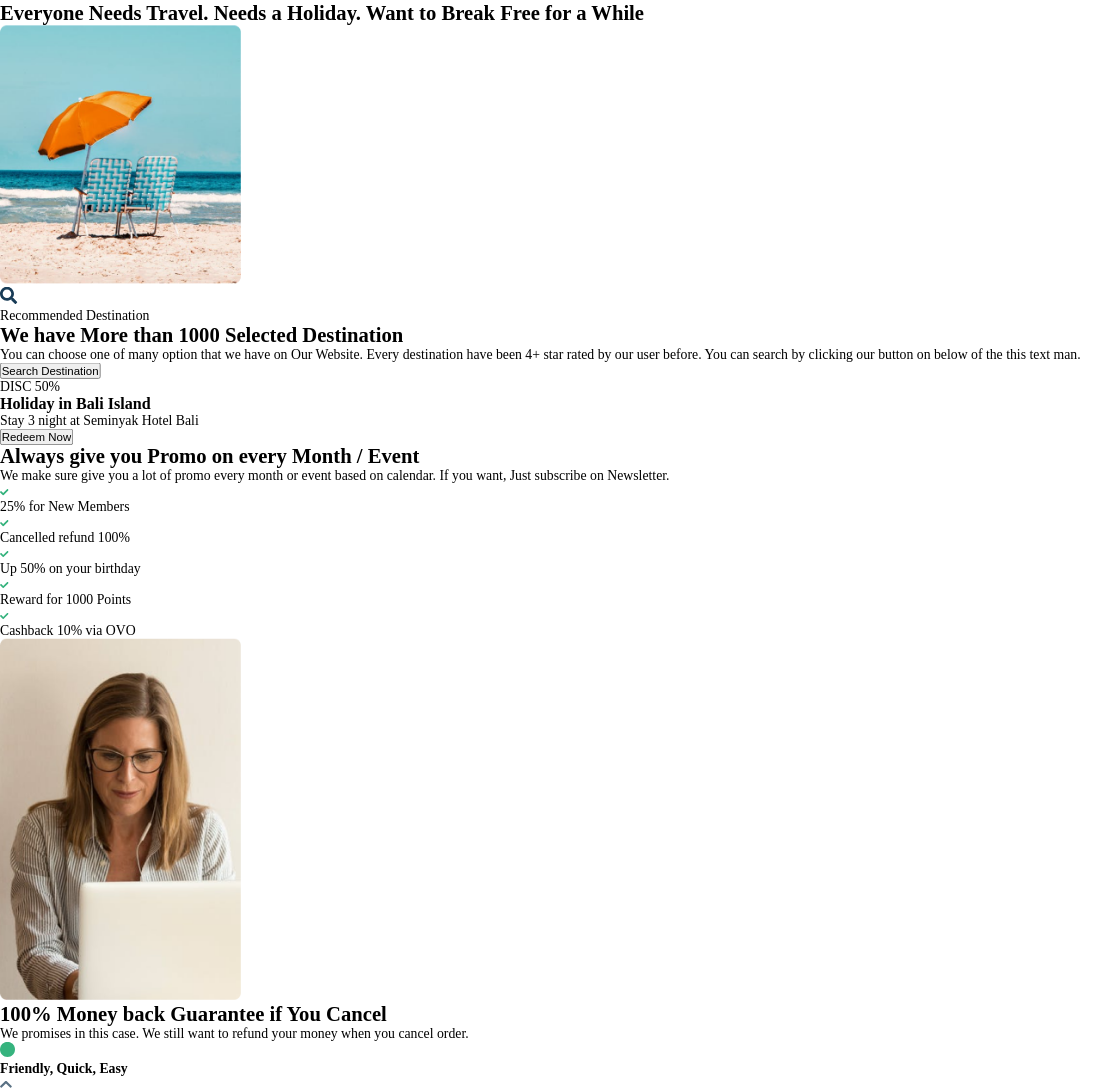
Repository: daviHmoraes/frontcomtailwind
Page: index.html
The author's editor kept a copy of each file at every save. The page is drawn from the files as they stood at one save, then again after the next save.
The browser window is 1280 px wide. The pictures show the part of the page from y = 3904 to 5171 px (the page is 6332 px tall before and 6351 px after), at 86% of full size.
A picture or video elsewhere on the page could not be fetched, so the positions and the page height are approximate.

Above is the page before, as saved 2026-08-31 18:41:23.

### index.html
<!DOCTYPE html>
<html lang="en">
<head>
    <meta charset="UTF-8">
    <meta name="viewport" content="width=device-width, initial-scale=1.0">
    <title>Ehya - Home Page</title>
    <link rel="stylesheet" href="/css/style.css">
</head>
<body>

    <header>

        <section class="header">
            <img src="/img/Logo.svg" alt="Ehya Company Logo">
            <img src="/img/hamburguer-menu.svg" alt="Hamburguer menu Icon">
        </section>

        <section class="hero">

            <div class="hero-content">
                <h1>
                    Start Exploring to
                    Find Inner Peace
                    by Traveling
                </h1>

                <p>
                    Lost yourself with Vacation and
                    Travel into the place that you never
                    visit before. We have thousand
                    places in our database for you.
                </p>
            </div>

            <div class="form-card">

                <img src="/img/background-image.png" alt="Beach Background Image">

                <h2>
                    You can start search here
                </h2>

                <p>
                    Find thousand destination for travelling
                    with best prices. Apply “EHYA50” Code
                    on Payment Process.
                </p>

                <form>
                    <label for="where">Where</label><br>
                    <input type="text" id="where" name="where"><br>

                    <label for="checkin">Check In</label><br>
                    <input type="date" id="checkin" name="checkin"><br>

                    <label for="checkout">Check Out</label><br>
                    <input type="date" id="checkout" name="checkout"><br>

                    <label for="guests">Guests</label><br>
                    <input type="text" id="guests" name="guests"><br>

                    <input type="submit" id="submit">
                </form>
            </div>

            <img src="/img/circle.svg" alt="Circle Around the Arrow Icon">
            <img src="/img/south-arrow.svg" alt="South Pointing Arrow">

        </section>
    </header>

    <main>

        <section class="benefits">
            <h2>
                Travelya Benefit
                for User
            </h2>

            <p>
                We are self-service data analytics
                software that lets you create visually
                appealing data visualizations and
                insightful dashboards in minutes.
            </p>

            <div class="cards">
                <div class="card">
                    <img src="/img/card-icon/cheap-icon.svg" alt="Label Icon">

                    <div class="card-content">
                        <h3>
                            Cheap than Other
                        </h3>
                        <p>
                            Travelya is cheaper than other
                            travel agency.
                        </p>
                    </div>
                </div>

                <div class="card">
                    <img src="/img/card-icon/secure-icon.png" alt="Shield Icon">

                    <div class="card-content">
                        <h3>
                            Secure Payment
                        </h3>
                        <p>
                            You can pay your book without
                            doubt again.
                        </p>
                    </div>
                </div>

                <div class="card">
                    <img src="/img/card-icon/free-icon.svg" alt="AC Icon">

                    <div class="card-content">
                        <h3>
                            Free Amenities
                        </h3>
                        <p>
                            We guarantee you can give free amenities wherever
                            you are.
                        </p>
                    </div>
                </div>

                <div class="card">
                    <img src="/img/card-icon/top-icon.svg" alt="Crown Icon">

                    <div class="card-content">
                        <h3>
                            Top Rated
                        </h3>
                        <p>
                            Only show best destination
                            with 1000+ super review user
                        </p>
                    </div>
                </div>

                <div class="card">
                    <img src="/img/card-icon/best-icon.svg" alt="Medal Icon">

                    <div class="card-content">
                        <h3>
                            Best Offers
                        </h3>
                        <p>
                            Inform you about all best
                            offers for all destination
                        </p>
                    </div>
                </div>

                <div class="card">
                    <img src="/img/card-icon/easy-icon.svg" alt="Like Icon">

                    <div class="card-content">
                        <h3>
                            Easy Book
                        </h3>
                        <p>
                            Follow flow, Click, Pay. Wait.
                            Just wait e-ticket
                        </p>
                    </div>
                </div>

                <div class="card">
                    <img src="/img/card-icon/refund-icon.svg" alt="Hands Shell Icon">

                    <div class="card-content">
                        <h3>
                            Fast Refund
                        </h3>
                        <p>
                            If you canceled. We can refund
                            your money 1x12
                        </p>
                    </div>
                </div>

                <div class="card">
                    <img src="/img/card-icon/support-icon.svg" alt="Headphone Icon">

                    <div class="card-content">
                        <h3>
                            24/7 Support
                        </h3>
                        <p>
                            We’re ready help you anytime
                            and anywhere you are.
                        </p>
                    </div>
                </div>
            </div>
        </section>

        <section class="popular-destinations">
            <h2>
                Popular Destinations
            </h2>

            <div class="destinations">
                <div class="destination">
                    <img src="/img/destinations/venice.png" alt="Aerial Footage of Venice - Italy">
                    <h3>
                        Venice, Italy
                    </h3>
                    <p>
                        Travelling into the popular river in Italy
                    </p>
                    <button class="see-offers">
                        See Offers
                    </button>
                </div>

                <div class="destination">
                    <img src="/img/destinations/paris.png" alt="Aerial Footage of Paris - France">
                    <h3>
                        Paris, France
                    </h3>
                    <p>
                        Romance in popular world landmark
                    </p>
                    <button class="see-offers">
                        See Offers
                    </button>
                </div>

                <div class="destination">
                    <img src="/img/destinations/bali.png" alt="Aerial Footage of Bali - Indonesia">
                    <h3>
                        Bali, Indonesia
                    </h3>
                    <p>
                        See best sunset ver in the world
                    </p>
                    <button class="see-offers">
                        See Offers
                    </button>
                </div>

                <div class="destination">
                    <img src="/img/destinations/bali.png" alt="Aerial Footage of Santorini - Greece">
                    <h3>
                        Santorini, Greece
                    </h3>
                    <p>
                        Visit the 1000 Gods Country
                    </p>
                    <button class="see-offers">
                        See Offers
                    </button>
                </div>
            </div>

            <div class="see-offers">
                <a href="#">See All Offers</a>
                <img src="/img/east-arrow.svg" alt="East Pointing Arrow">
            </div>
        </section>

        <section class="about-travelya">
            <h3>
                ABOUT TRAVELYA
            </h3>

            <h2>
                Everyone Needs Travel. Needs a Holiday.
                Want to Break Free for a While
            </h2>

            <img src="/img/recommended-destination.png" alt="Beach Umbrella Footage">

            <div>
                <img src="/img/search.svg" alt="Search Bloom Icon">
                <p>Recommended Destination</p>
            </div>

            <h2>
                We have More than 1000
                Selected Destination
            </h2>

            <p>
                You can choose one of many option
                that we have on Our Website. Every
                destination have been 4+ star rated
                by our user before. You can search
                by clicking our button on below of
                the this text man.
            </p>

            <button class="search-destination">
                Search Destination
            </button>

            <div class="holiday-card">
                <span class="discount">DISC 50%</span>
                <h3>
                    Holiday in Bali Island
                </h3>
                <p>
                    Stay 3 night at Seminyak Hotel Bali
                </p>
                <button class="redeem-now">Redeem Now</button>
            </div>

            <div class="promo">
                <h2>
                    Always give you Promo
                    on every Month / Event
                </h2>
                <p>
                    We make sure give you a lot of
                    promo every month or event based
                    on calendar. If you want, Just
                    subscribe on Newsletter.
                </p>

                <div class="pros">
                    <img src="/img/pros-icon.svg" alt="Right Simbol Icon">
                    <p>25% for New Members</p>
                </div>

                <div class="pros">
                    <img src="/img/pros-icon.svg" alt="Right Simbol Icon">
                    <p>Cancelled refund 100%</p>
                </div>

                <div class="pros">
                    <img src="/img/pros-icon.svg" alt="Right Simbol Icon">
                    <p>Up 50% on your birthday</p>
                </div>

                <div class="pros">
                    <img src="/img/pros-icon.svg" alt="Right Simbol Icon">
                    <p>Reward for 1000 Points</p>
                </div>

                <div class="pros">
                    <img src="/img/pros-icon.svg" alt="Right Simbol Icon">
                    <p>Cashback 10% via OVO</p>
                </div>
            </div>
        </section>

        <section class="money-back">

            <div class="money-section-image">
                <img src="/img/money-back-image.png" alt="Woman Using The Computer">
                <div class="comment"></div>
            </div>

            <h2>100% Money back
                Guarantee if You
                Cancel
            </h2>

            <p>
                We promises in this case. We still
                want to refund your money when
                you cancel order.
            </p>

            <div class="faqs">
                <div class="selected-faq">
                    <div class="faq-header">
                        <img src="/img/filled-green-circle.svg" alt="Filled Green Circle">
                        <h4>Friendly, Quick, Easy</h4>
                        <img src="/img/chevron-up.svg" alt="Chevron Pointing Up">
                    </div>
                    <p>
                        Business messaging that feels just
                        like the messenger apps you and
                        your customers use every day.
                    </p>
                </div>

                <div class="faq">
                    <div class="faq-header">
                        <img src="/img/empty-green-circle.svg" alt="Non-filled Green Circle">
                        <h4>Fast Response Answer</h4>
                        <img src="/img/chevron-down.svg" alt="Chevron Pointing Down">
                    </div>
                </div>

                <div class="faq">
                    <div class="faq-header">
                        <img src="/img/empty-green-circle.svg" alt="Non-filled Green Circle">
                        <h4>Money Back Guarantee</h4>
                        <img src="/img/chevron-down.svg" alt="Chevron Pointing Down">
                    </div>
                </div>
            </div>
        </section>

        <section class="reports">



        </section>

    </main>

    <footer>
        <div class="redirects">
            <article>
                <h3>Product</h3>
                <p>Landing page</p>
                <p>Features</p>
                <p>Documentation</p>
                <p>Referral Program</p>
                <p>Pricing</p>
            </article>

            <article>
                <h3>Services</h3>
                <p>Documentation</p>
                <p>Design</p>
                <p>Themes</p>
                <p>Illustrations</p>
                <p>UI Kit</p>
            </article>

            <article>
                <h3>Company</h3>
                <p>About</p>
                <p>Terms</p>
                <p>Privacy Policy</p>
                <p>Careers</p>
            </article>

            <article>
                <h3>More</h3>
                <p>Documentation</p>
                <p>License</p>
                <p>Changelog</p>
            </article>
        </div>

        <div class="footer-content">
            <img src="/img/logo.svg" alt="Logo da empresa Ehya">

            <p>
                Build a modern and creative website with crealand
            </p>

            <div class="contacts">
                <img src="/img/footer-icons/google.svg" alt="Redirect Contact Google icon">
                <img src="/img/footer-icons/twitter.svg" alt="Redirect Contact Twitter icon">
                <img src="/img/footer-icons/instagram.svg" alt="Redirect Contact Instagram icon">
                <img src="/img/footer-icons/linkedin.svg" alt="Redirect Contact Linkedin icon">
                <img src="/img/footer-icons/youtube.svg" alt="Redirect Contact Youtube icon">
            </div>

        </div>

    </footer>

</body>
</html>

### css/style.css
* {
    margin: 0;
    padding: 0;
    overflow-x: hidden;
}

After the next save:
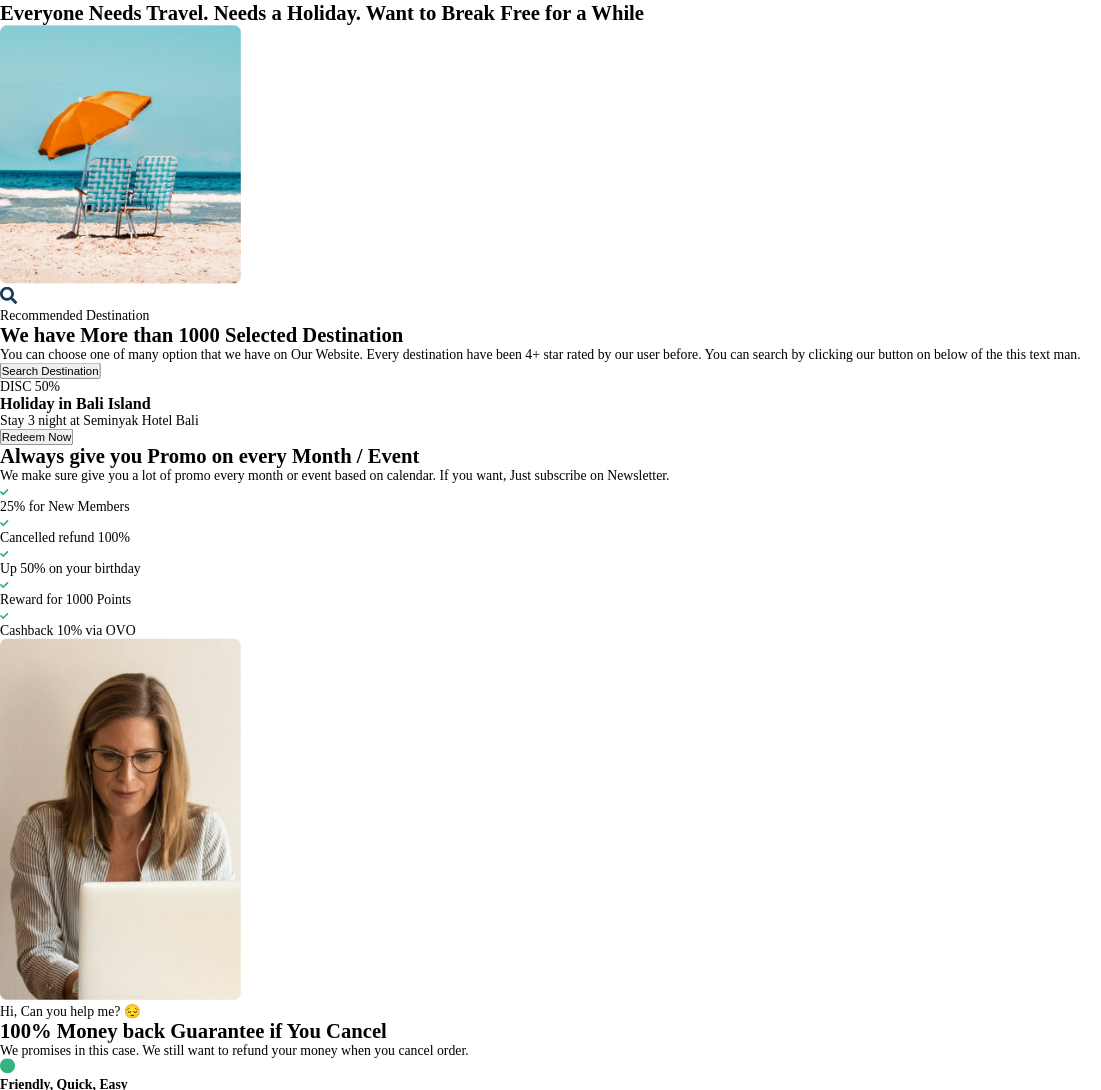
Saved 10 s later.
--- a/index.html
+++ b/index.html
@@ -353,7 +353,7 @@
 
             <div class="money-section-image">
                 <img src="/img/money-back-image.png" alt="Woman Using The Computer">
-                <div class="comment"></div>
+                <div class="comment">Hi, Can you help me? 😔</div>
             </div>
 
             <h2>100% Money back
